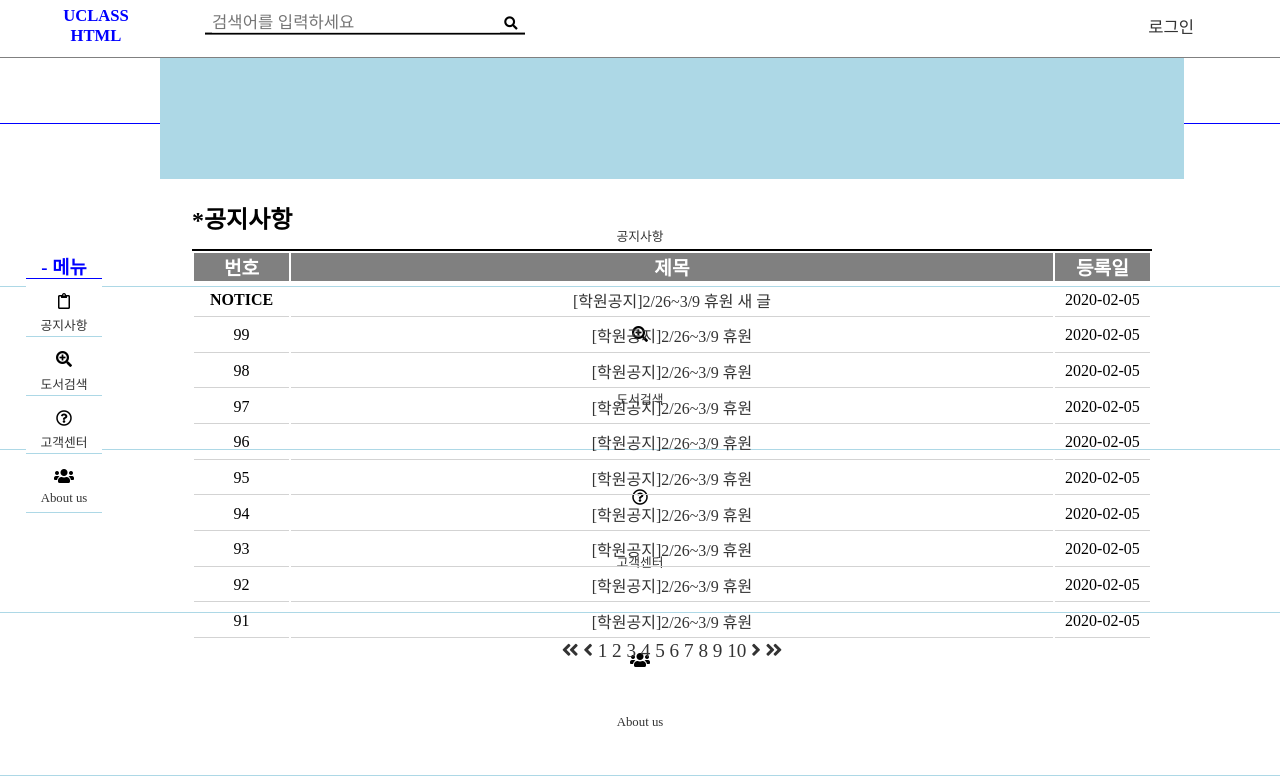
Repository: madhandz5/MyJavaPractice
Page: http://localhost/servletBM/WEB-INF/views/board/boardList.jsp
These files come from the project's save history. The page is drawn as it stood at one moment and after the next save; the edit follows.
The browser window is 1280 px wide. The pictures show the whole page.
The page is served by Tomcat 9. Nobody is signed in. Other server files are loaded and not shown. The template is opened directly, without the code that normally fills it, so the values that code supplies are empty.

Above is the page before, as saved 2020-04-22 10:41:45.

### JS_HTML/servletBM/WebContent/WEB-INF/views/board/boardList.jsp
<%@ page language="java" contentType="text/html; charset=UTF-8"
	pageEncoding="UTF-8"%>
<%@ taglib prefix="c" uri="http://java.sun.com/jsp/jstl/core"%>

<!DOCTYPE html>
<html>
<head>
<meta charset="UTF-8">
<title>Insert title here</title>
<meta charset="UTF-8">
<link rel="stylesheet" href="resources/css/common.css" />
<link rel="stylesheet" href="resources/css/icon/all.css" />
<link rel="stylesheet" media="screen and (min-width: 1100px)"
	href="resources/css/Web.css" />
<title>Document</title>
<%@ include file="../include/header.jsp"%>
</head>
<body>
	<%@include file="../include/top.jsp"%>
	<%@include file="../include/floatDiv.jsp"%>
	<div class="content">
		<div class="topWrapper">
			<div class="top">
				<div class="topLogo">
					<b>UCLASS <br>HTML
					</b>
				</div>
				<div class="topSearchBar">
					<input Type="text" placeholder="검색어를 입력하세요">
					<button value="" class="">
						<i class="fas fa-search" style="color: black"></i>
					</button>
				</div>
				<div class="topLogin">
					<a href="login.html">로그인</a>
				</div>
			</div>
		</div>
		<div class="floatdiv">
			<!-- lnb -->
			<h3 class="subject">
				<span> - 메뉴</span>
			</h3>
			<ul class="fdlist">
				<!-- d1 -->
				<li class="d1"><i class="far fa-clipboard"></i> <a href="#!"><span>공지사항</span></a>
				</li>
				<li class="d1"><i class="fas fa-search-plus"></i> <a href="#!"><span>도서검색</span></a>
				</li>
				<li class="d1"><i class="far fa-question-circle"></i> <a
					href="#!"><span>고객센터</span></a></li>
				<li class="d1"><i class="fas fa-users"></i> <a href="#!"><span>About
							us</span></a></li>
			</ul>
			<!-- // d1 -->
		</div>
		<div class="Menu">
			<div class="MenuBox"></div>
		</div>
		<div class="notice">
			<h2>
				<span>*공지사항</span>
			</h2>

		</div>
		<div class="search-box">
			<table class="noticelist">
				<caption></caption>
				<thead>
					<tr>
						<th style="width: 10%; height: 20%;"><span>번호</span></th>
						<th style="width: 80%;"><span>제목</span></th>
						<th style="width: 10%;"><span>등록일</span></th>
					</tr>
				</thead>
				<tbody>
					<tr>
						<td class="num"><strong class="warning">NOTICE</strong></td>
						<td class="subject"><a href="#!">[학원공지]2/26~3/9 휴원 <span
								class="icon new"><em>새 글</em></span></a></td>
						<td class="date">2020-02-05</td>
					</tr>
					<tr>
						<td class="num">99</td>
						<td class="subject"><a href="#!">[학원공지]2/26~3/9 휴원</a></td>
						<td class="date">2020-02-05</td>
					</tr>
					<tr>
						<td class="num">98</td>
						<td class="subject"><a href="#!">[학원공지]2/26~3/9 휴원</a></td>
						<td class="date">2020-02-05</td>
					</tr>
					<tr>
						<td class="num">97</td>
						<td class="subject"><a href="#!">[학원공지]2/26~3/9 휴원</a></td>
						<td class="date">2020-02-05</td>
					</tr>
					<tr>
						<td class="num">96</td>
						<td class="subject"><a href="#!">[학원공지]2/26~3/9 휴원</a></td>
						<td class="date">2020-02-05</td>
					</tr>
					<tr>
						<td class="num">95</td>
						<td class="subject"><a href="#!">[학원공지]2/26~3/9 휴원</a></td>
						<td class="date">2020-02-05</td>
					</tr>
					<tr>
						<td class="num">94</td>
						<td class="subject"><a href="#!">[학원공지]2/26~3/9 휴원</a></td>
						<td class="date">2020-02-05</td>
					</tr>
					<tr>
						<td class="num">93</td>
						<td class="subject"><a href="#!">[학원공지]2/26~3/9 휴원</a></td>
						<td class="date">2020-02-05</td>
					</tr>
					<tr>
						<td class="num">92</td>
						<td class="subject"><a href="#!">[학원공지]2/26~3/9 휴원</a></td>
						<td class="date">2020-02-05</td>
					</tr>
					<tr>
						<td class="num">91</td>
						<td class="subject"><a href="#!">[학원공지]2/26~3/9 휴원</a></td>
						<td class="date">2020-02-05</td>
					</tr>
				</tbody>
			</table>
			<div class="paging">
				<!-- section pagination -->
				<a href="javascript:;" class="nav first"><i
					class="fas fa-angle-double-left"></i></a> <a href="javascript:;"
					class="nav prev"><i class="fas fa-angle-left"></i></a> <a
					href="javascript:;" class="num active"><span>1</span></a> <a
					href="javascript:;" class="num"><span>2</span></a> <a
					href="javascript:;" class="num"><span>3</span></a> <a
					href="javascript:;" class="num"><span>4</span></a> <a
					href="javascript:;" class="num"><span>5</span></a> <a
					href="javascript:;" class="num"><span>6</span></a> <a
					href="javascript:;" class="num"><span>7</span></a> <a
					href="javascript:;" class="num"><span>8</span></a> <a
					href="javascript:;" class="num"><span>9</span></a> <a
					href="javascript:;" class="num"><span>10</span></a> <a
					href="javascript:;" class="nav next"><i
					class="fas fa-angle-right"></i></a> <a href="javascript:;"
					class="nav last"><i class="fas fa-angle-double-right"></i></a>
			</div>
			<!-- // section pagination -->

		</div>

	</div>
</body>
</html>

### JS_HTML/servletBM/WebContent/WEB-INF/views/include/header.jsp
<%@ page language="java" contentType="text/html; charset=UTF-8"
	pageEncoding="UTF-8"%>
<%@ taglib prefix="c" uri="http://java.sun.com/jsp/jstl/core"%>

<!DOCTYPE html PUBLIC "-//W3C//DTD HTML 4.01 Transitional//EN" "http://www.w3.org/TR/html4/loose.dtd">
<html>
<head>
<meta charset="UTF-8">
<!--viewport: 모바일브라우저에서 사용하는 가상의 window
  	데스크탑의 사이트를 모바일에 표시하려고 하면 좁은 모바일 화면에 사이트를 표시하려다 보니
  	요소들의 크기가 작아져 사용자가 사용하기 불편해진다. 확대해서 보든가 해야함...
  	이때 viewport메타태그를 이용하면 너비나 배율을 조정할 수 있다.
  	width: 넓이
  	initial-scale : 배율
  	웹환경에서는 무시되는 태그이다.
    -->
<meta name="viewport" content="width=device-width, initial-scale=2.0">
<link rel="stylesheet" href="/servletBM/resources/css/common.css" />
<!--
		orientation:portrait //단말기 세로방향
		orientation:landscape //단말기 가로방향

		min-aspect-ratio : 최소 화면 비율
		max-aspect-ratio : 최대 화면 비율

		브라우저화면상에서는 깨져서 나옴 ㅠㅠ 하지마셈
	 -->
<link rel="stylesheet" media="screen and (min-aspect-ratio:4/3) "
	href="/servletBM/resources/css/web.css" />
<link rel="stylesheet" media="screen and (max-aspect-ratio:4/3)"
	href="/servletBM/resources/css/Mob.css" />
<link rel="stylesheet" href="/servletBM/resources/css/icon/all.css" />

### JS_HTML/servletBM/WebContent/WEB-INF/views/include/top.jsp
<%@ page language="java" contentType="text/html; charset=UTF-8"
	pageEncoding="UTF-8"%>
<%@ taglib prefix="c" uri="http://java.sun.com/jsp/jstl/core"%>

<!DOCTYPE html PUBLIC "-//W3C//DTD HTML 4.01 Transitional//EN" "http://www.w3.org/TR/html4/loose.dtd">
<html>
<head>
<meta http-equiv="Content-Type" content="text/html; charset=UTF-8">
<title>Insert title here</title>
</head>
<body>
	<header class="topWrapper">
	<div class="top">
		<div class="topLogo">
			<b>UCLASS <br>HTML
			</b>
		</div>

		<div class="topSearchBar">
			<form action="<%=request.getContextPath()%>/book/booksearch.do">
				<input Type="text" name="searchBook" placeholder="검색어를 입력하세요">
				<button value="" class="">
					<i class="fas fa-search" style="color: black"></i>
				</button>
			</form>
		</div>

		<c:if test="${sessionScope.loginInfo == null }">
			<div class="topLogin">
				<a href="/servletBM/member/login.do">로그인</a> / <a
					href="/servletBM/member/join.do">회원가입</a>
			</div>
		</c:if>
		<c:if test="${sessionScope.loginInfo != null }">
			<div class="topLogin">
				<a href="/servletBM/mypage/mypage.do">${sessionScope.loginInfo.m_id }님
					환영합니다. MyPage</a> / <a href="/servletBM/member/logoutimple.do">Logout</a>
			</div>
		</c:if>
	</div>
	</header>
</body>
</html>

### JS_HTML/servletBM/WebContent/WEB-INF/views/include/floatDiv.jsp
<%@ page language="java" contentType="text/html; charset=UTF-8"
	pageEncoding="UTF-8"%>
<%@ taglib prefix="c" uri="http://java.sun.com/jsp/jstl/core"%>

<!DOCTYPE html PUBLIC "-//W3C//DTD HTML 4.01 Transitional//EN" "http://www.w3.org/TR/html4/loose.dtd">
<html>
<head>
<meta http-equiv="Content-Type" content="text/html; charset=UTF-8">
<title>Insert title here</title>
</head>
<body>
	<aside class="floatdivWrapper">
	<div class="floatdiv">
		<!-- lnb -->
		<h3 class="subject">
			<span> - 메뉴</span>
		</h3>
		<ul class="fdlist">
			<!-- d1 -->
			<li class="d1"><i class="far fa-clipboard"></i> <a
				href="/servletBM/notice/noticewrite.do"><span>공지사항</span></a></li>
			<li class="d1"><i class="fas fa-search-plus"></i> <a href="#!"><span>도서검색</span></a>
			</li>
			<li class="d1"><i class="far fa-question-circle"></i> <a
				href="#!"><span>고객센터</span></a></li>
			<li class="d1"><i class="fas fa-users"></i> <a href="#!"><span>About
						us</span></a></li>
		</ul>
		<!-- // d1 -->
	</div>
	</aside>

### JS_HTML/servletBM/WebContent/resources/css/common.css
	html,body{
		margin:0%;
		padding:0;
		height:100%;
	}

	h1, h2, h3, h4, h5, h6, dl, dt, dd, ul, li, ol, th, td, p, blockquote,form,fieldset, legend, input
	{
   		margin: 0;
    	padding: 0;
		border:none;
	}


	/* reset */
	body,div,dl,dt,dd,ul,ol,li,h1,h2,h3,h4,h5,h6,pre,code,form,fieldset
	,legend,textarea,p,blockquote,th,td,input,select,textarea,button,nav,section,footer,aside
	{margin:0;padding:0; position:relative;}
	fieldset,img {border:0 none}
	dl,ul,ol,menu,li {list-style:none}
	blockquote, q {quotes: none}
	blockquote:before, blockquote:after,q:before, q:after {content:'';content:none}
	input,select,textarea,button {vertical-align:middle}
	button {border:0 none;background-color:transparent;cursor:pointer; outline: 0; }
	a {color:#333;text-decoration:none;}
	a:active, a:hover {text-decoration:none;}
	address,caption,cite,code,dfn,em,var {font-style:normal;font-weight:normal}

	form{width:100%; height:100%;}

	div{
		color: black;
		text-align: center;
		box-sizing: border-box;
	/* 	box-shadow:
			1px 0 0 0 grey,
			0 1px 0 0 grey,
			1px 1px 0 0 grey,
			1px 0 0 0 grey inset,
			0 1px 0 0 grey inset;	  */
	}

	.topWrapper{
		top:0%;
		height:8%;
		width:100%;
		position:fixed;
		z-index:999;
	}

	.top{
		position:absolute;
		top:0%;
		width:100%;
		height: 100%;
		overflow: hidden;
		z-index:1;
		background-color: white;
		font-size:1.3vw;
		margin-right: 1%;
		border-bottom:1px solid grey;
	}

	.top .topLogo{
		top:10%;
		width: 15%;
		height:100%;
		float:left;
		color:blue;
	}

	.top .topSearchBar{
		width: 25%;
		float:left;
		transform: translateY(50%);
		margin-left:1%;
		border-bottom:2px solid;
		min-width:100px;
	}

	.topSearchBar input[type=text]{
		width: 90%;
		height:90%;
		font-size:1.3vw;
	}

	.top .topLogin{
		float: right;
		width: 15%;
		height:50%;
		margin-right:1%;
		transform: translateY(50%);
	}

	.top .topLogOut{
		float: right;
		width: 22%;
		height:50%;
		margin-right:1%;
		transform: translateY(50%);
	}

### JS_HTML/servletBM/WebContent/resources/css/web.css
	.content{
		height:100%;
		width:100%;
	}

	.floatdivWrapper{
		position:fixed;
		width:6%;
		padding-top:20%;
		left:2%; /* 창에서 오른쪽 길이 */
		top:35%; /* 창에서 위에서 부터의 길이 */
		z-index:999;

	}

	.floatdiv{
		position:absolute;
		width:100%;
		height:100%;
		background-color:white;
		top:0%;
	}

	.floatdiv h3{
		width:100%;
		height:10%;
		color:blue;
		border-bottom:1px solid blue;
	}

	.floatdiv ul{
		width:100%;
		height:90%;
		padding:0%;
	}

	.floatdiv .d1{
		width:100%;
		height:25%;
		border-bottom:1px solid lightblue;
	}

	.d1 i{
		display:block;
		transform:translateY(40%);
		height:60%;
	}

	.d1 a{
		display:block;
		transform:translateY(10%);
		height:30%;
		font-size:1vw;

	}

	.floatdiv li:hover {
		background-color:lightblue;
	}

	.middle{
		width : 100%;
		top:8%;
		padding-top:40%;
		background-image : url('../image/mainBanner.jpg');
		background-repeat: no-repeat;
		background-size: cover;
	}

	.siteTitleWrapper{
		position:absolute;
		width:60%;
		padding-top:25%;
		float:left;
		left: 20%;
		top:20%;
	}

	.sitetitle{
		height:30%;
		font-size : 5vw;
		transform: translateY(100%);
	}

	.siteTitle{
		position:absolute;
		width:100%;
		height:100%;
		background-color: rgba( 255, 255, 255, 0.5);
		float:left;
		top:0%;
	}

	.search{
		width:100%;
		height:12%;
		transform: translateY(300%);
		background-color:white ;
		overflow:hidden;
	}

	.search input[type=text]{
		float:left;
		height:100%;
		width: 70%;
		font-size:1.5vw;
		margin-left:1%;
		padding:0;

	}

	.searchButton{
		float:left;
		width:20%;
		height:100%;
		font-size:1.5vw;
		background-color:red;
		color:white;
	}

	.searchButton p{
		height:50%;
		transform: translateY(50%);
		font-weight: bold;
	}

	.searchIcon{
		float:left;
		width:5%;
		height:50%;
		transform: translateY(40%);
		font-size:2vw;
		outline: 0;
	}

	.searchIcon i{
		height:50%;
	}

	.planShop{
		position:realtive;
		color: white;
		width: 80%;
		padding-bottom:15%;
		margin:0 auto;
	}

	.planShopMenu{
		position:absolute;
		background-color:lightblue;
		width:100%;
		height:100%;
	}

	.planShopMenu div{
		width: 20%;
		margin-left:2%;
		height: 100%;
		display:inline-block;
		font-size:1.5vw;
	}

	.planShopMenu i{
		font-size:8vw;
		margin-top:15%;
	}

	.product{
		height:auto;
		width:80%;
		top:1%;
		margin:0 auto;
	}

	.productWrapper{
		width:100%;
		padding-top:120%;
	}

	.productBox{
		position:absolute;
		height:100%;
		width:100%;
		top: 0;
		left: 0;
	}

	.issueTitle{
		width : 100%;
		height : 4%;
		background-color:blue;
		font-size:2vw;
		font-weight:bold;
		color:white;
	}

	.productLine{
		overflow: hidden;
		height:19%;
		margin-top:1%;
		margin-bottom:1%;
	}
	.productItem{
		float:left;
		width:17%;
		left:10%;
		height:100%;
		margin-left:3%;
	}

	.bookImg{
		height:80%;
		width:100%;
	}

	.bookImg img{
		max-width:100%;
		min-width:100%;
		max-height:100%;
		min-height:100%;
		box-shadow: 2px 2px 5px black;
	}

	.bookTitle{
		margin-top:4%;
		font-size:1vw;
		font-weight:bold;
		height:20%;
	}

	.bottom{
		background-color: lightgrey;
		color: white;
		height:20%;
	}


	/* Login */

	.wrap{

		width:100%;
		height:100%;
		background-image:url('../image/loginCover.jpg');
		background-size:cover;
	}

	.memberBox{

		padding-top:30%;
		width:30%;
		left:35%;
		top:50%;
		transform:translateY(-50%);
	}

	.login{
		position:absolute;
		top:0%;
		width:100%;
		height:100%;
		font-size:2vw;
		background-color:white;
		border:2px white;
		border-radius:20px;
	}

	.loginText{
	    border-bottom: 2px solid lightgreen;
	    width:70%;
	    margin-bottom:5%;
	    font-size:1.5vw;
	}

	.login p{
		font-weight:bold;
		margin-top:10%;
		margin-bottom:5%;

	}

	.login .btn{

		display:block;
		width:60%;
		height:10%;
		background-color:red;
		border:2px red;
		border-radius:6px;
		transform: translateX(33%);
	}

	.login .checkMsg{

		display:block;
		background-color:red;
		font-size:1vw;
		color:white;

	}

	.login button{
		color:white;
		font-size:1.5vw;
		top:0%;
		left:0%;
	}

	/* board  */

	.Menu{

		overflow: hidden;
		color: white;
		width: 100%;
		padding-bottom:10%;
		margin-top:4%;
	}

	.MenuBox{
		position:absolute;
		background-color:lightblue;
		width:80%;
		height:100%;
		left:12.5%;
	}

	.notice{

		text-align: left;
		width:75%;
		height:10%;
		left:15%;
		border-bottom:2px solid;
	}

	.notice h2{

		top:50%;
		transform:translateY(-50%);
		height:40%;
	}

	.search-box{

		width:75%;
		left:15%;
		height:60%;
	}

	.noticelist{
		width:100%;
		height:90%;
	}

	.noticelist th{
		 font-size: 1.5vw;
		 background-color: grey;
		 color:white;
	}

	.noticelist td{
		  border-bottom: 1px solid lightgrey;
	}

	.paging{
		height:10%;
		font-size:1.5vw;
	}

	.notice-detail{

		text-align: left;
		width:75%;
		height:50%;
		left:15%;
	}

	.notice-title{
		width:100%;
		height:15%;

		text-align: left;
		font-size:1.5vw;
		padding:1% 0 1% 0;
		border-bottom:2px solid;
	}

	.info{
		width:100%;
		height:10%;

		float:left;
		text-align: left;
		border-bottom:1px solid;
	}

	.info span{
		width:50%;
		height:50%;

		float:left;
		transform:translateY(50%);
	}

	.more{
		width:50%;
		height:10%;

		float:right;
		text-align: right;
	}

	.text{
		text-align: left;
		height:65%;
		width:100%;
		margin-top:5%;
		border-bottom:1px solid;
	}

	.section-button{
		margin-top:1%;
		width:7%;
		height:10%;
		float:right;
		background-color:black;
	}

	.section-button a{
		display:block;
		width:100%;
		height:50%;
		transform:translateY(50%);
		font-size:1vw;
		font-weight:border;
		color:white;
	}

	.bookUse{
		overflow:hidden;
		width:90%;
		left:3%;
		transform:translateY(-600%);
		position:absolute;
		display:none;
	}

	.bookUse div{
		float:left;
		width:50%;
	}

	.bookUse div a{
		font-size:1.5vw;
		color:white;
	    font-weight: bolder;
	    background-color:black;
	}

	.bdWrapper{
		overflow:hidden;
		width:70%;
		left:30%;
	}


	.bookimg{
		float:left;
		width:30%;
	}

	.bookinfo{
		float:left;
		width:70%;
	}

### JS_HTML/servletBM/WebContent/resources/css/Mob.css
	.content{
		height:100%;
		width:100%;
	}

	.floatdiv{
		position:fixed;
		display:none;
		width:6%;
		height:40%;
		left:2%; /* 창에서 오른쪽 길이 */
		top:45%; /* 창에서 위에서 부터의 길이 */
		background-color:green;
	}

	.middle{
		background-color: lightgrey;
		color: white;
		width : 100%;
		padding-top:40%;
		background-image : url('../image/loginCover.jpg');
		background-repeat: no-repeat;
		background-size: cover;
	}

	.siteTitleWrapper{
		position:absolute;
		width:60%;
		padding-top:25%;
		float:left;
		left: 20%;
		top:20%;
	}


	.sitetitle{
		height:30%;
		font-size : 5vw;
		transform: translateY(100%);
	}

	.siteTitle{
		position:absolute;
		width:100%;
		height:100%;
		background-color: rgba( 255, 255, 255, 0.5);
		float:left;
		top:0%;
	}

	.search{
		width:100%;
		height:12%;
		transform: translateY(300%);
		background-color:white ;
		border-bottom:2px solid;

	}

	.search input[type=text]{
		height:100%;
		width: 70%;
		font-size:1.5vw;
		margin-left:1%;
		padding:0;
		float:left;
	}

	.searchButton{
		width:20%;
		height:100%;
		font-size:1.5vw;
		background-color:red;
		color:white;
		float:left;
		overflow:hidden;
	}

	.searchButton p{
		height:50%;
		transform: translateY(50%);
		font-weight: bold;
	}

	.searchIcon{
		float:left;
		width:5%;
		height:50%;
		transform: translateY(40%);
		font-size:2vw;
		outline: 0;
	}

	.searchIcon i{
		height:50%;
	}

	.planShop{
		overflow: hidden;
		color: white;
		width: 80%;
		padding-bottom:15%;
		margin:0 auto;
		transform: translateY(-20%);
	}

	.planShopMenu{
		position:absolute;
		background-color:lightblue;
		width:100%;
		height:100%;
	}

	.planShopMenu div{
		width: 20%;
		margin-left:2%;
		height: 100%;
		display:inline-block;
		overflow:hidden;
		font-size:1.5vw;
	}

	.planShopMenu i{
		font-size:8vw;
		margin-top:15%;
	}


	.product{
		height:auto;
		width:80%;
		margin:0 auto;
	}

	.productWrapper{
		width:100%;
		padding-top:430%;
	}

	.productBox{
		position:absolute;
		height:100%;
		width:100%;
		top: 0;
		left: 0;
	}

	.issueTitle{
		width : 100%;
		margin-top:1%;
		height : 1%;
		background-color:blue;
		font-size:2vw;
		font-weight:bold;
		color:white;
	}

	.productLine{
		overflow: hidden;
		height:23%;
		margin-top:1%;
		margin-bottom:1%;
	}

	.productItem{
		float:left;
		width:38%;
		left:9%;
		height:50%;
		margin-left:2%;
	}

	.bookImg{
		height:80%;
		width:100%;
	}

	.bookImg img{
		max-width:100%;
		min-width:100%;
		max-height:100%;
		min-height:100%;
		box-shadow: 2px 2px 5px black;
	}

	.bookTitle{
		margin-top:4%;
		font-size:1vw;
		font-weight:bold;
		height:20%;
	}

	.bottom{
		background-color: lightgrey;
		color: white;
		height:20%;
	}

	.bookUse{
		overflow:hidden;
		width:90%;
		left:3%;
		transform:translateY(-600%);
		position:absolute;
		display:none;
	}

	.bookUse div{
		float:left;
		width:50%;
	}

	.bookUse div a{
		font-size:1.5vw;
		color:white;
	    font-weight: bolder;
	    background-color:black;
	}

	.bdWrapper{
		overflow:hidden;
		width:70%;
		left:30%;
	}


	.bookimg{
		float:left;
		width:30%;
	}

	.bookinfo{
		float:left;
		width:70%;
	}

Loaded but not shown: JS_HTML/servletBM/WebContent/resources/css/icon/all.css (library)

After the next save:
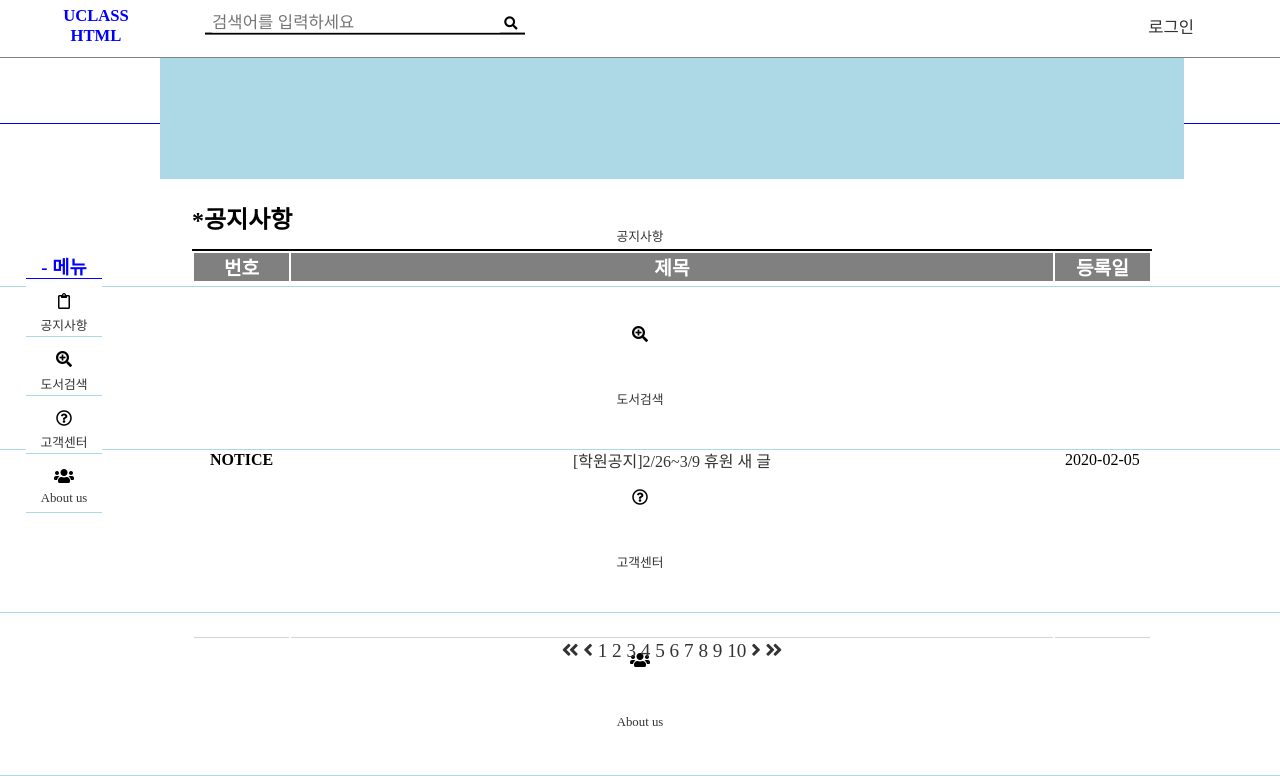
Saved 3 min 33 s later.
--- a/JS_HTML/servletBM/WebContent/WEB-INF/views/board/boardList.jsp
+++ b/JS_HTML/servletBM/WebContent/WEB-INF/views/board/boardList.jsp
@@ -80,51 +80,6 @@
 								class="icon new"><em>새 글</em></span></a></td>
 						<td class="date">2020-02-05</td>
 					</tr>
-					<tr>
-						<td class="num">99</td>
-						<td class="subject"><a href="#!">[학원공지]2/26~3/9 휴원</a></td>
-						<td class="date">2020-02-05</td>
-					</tr>
-					<tr>
-						<td class="num">98</td>
-						<td class="subject"><a href="#!">[학원공지]2/26~3/9 휴원</a></td>
-						<td class="date">2020-02-05</td>
-					</tr>
-					<tr>
-						<td class="num">97</td>
-						<td class="subject"><a href="#!">[학원공지]2/26~3/9 휴원</a></td>
-						<td class="date">2020-02-05</td>
-					</tr>
-					<tr>
-						<td class="num">96</td>
-						<td class="subject"><a href="#!">[학원공지]2/26~3/9 휴원</a></td>
-						<td class="date">2020-02-05</td>
-					</tr>
-					<tr>
-						<td class="num">95</td>
-						<td class="subject"><a href="#!">[학원공지]2/26~3/9 휴원</a></td>
-						<td class="date">2020-02-05</td>
-					</tr>
-					<tr>
-						<td class="num">94</td>
-						<td class="subject"><a href="#!">[학원공지]2/26~3/9 휴원</a></td>
-						<td class="date">2020-02-05</td>
-					</tr>
-					<tr>
-						<td class="num">93</td>
-						<td class="subject"><a href="#!">[학원공지]2/26~3/9 휴원</a></td>
-						<td class="date">2020-02-05</td>
-					</tr>
-					<tr>
-						<td class="num">92</td>
-						<td class="subject"><a href="#!">[학원공지]2/26~3/9 휴원</a></td>
-						<td class="date">2020-02-05</td>
-					</tr>
-					<tr>
-						<td class="num">91</td>
-						<td class="subject"><a href="#!">[학원공지]2/26~3/9 휴원</a></td>
-						<td class="date">2020-02-05</td>
-					</tr>
 				</tbody>
 			</table>
 			<div class="paging">
